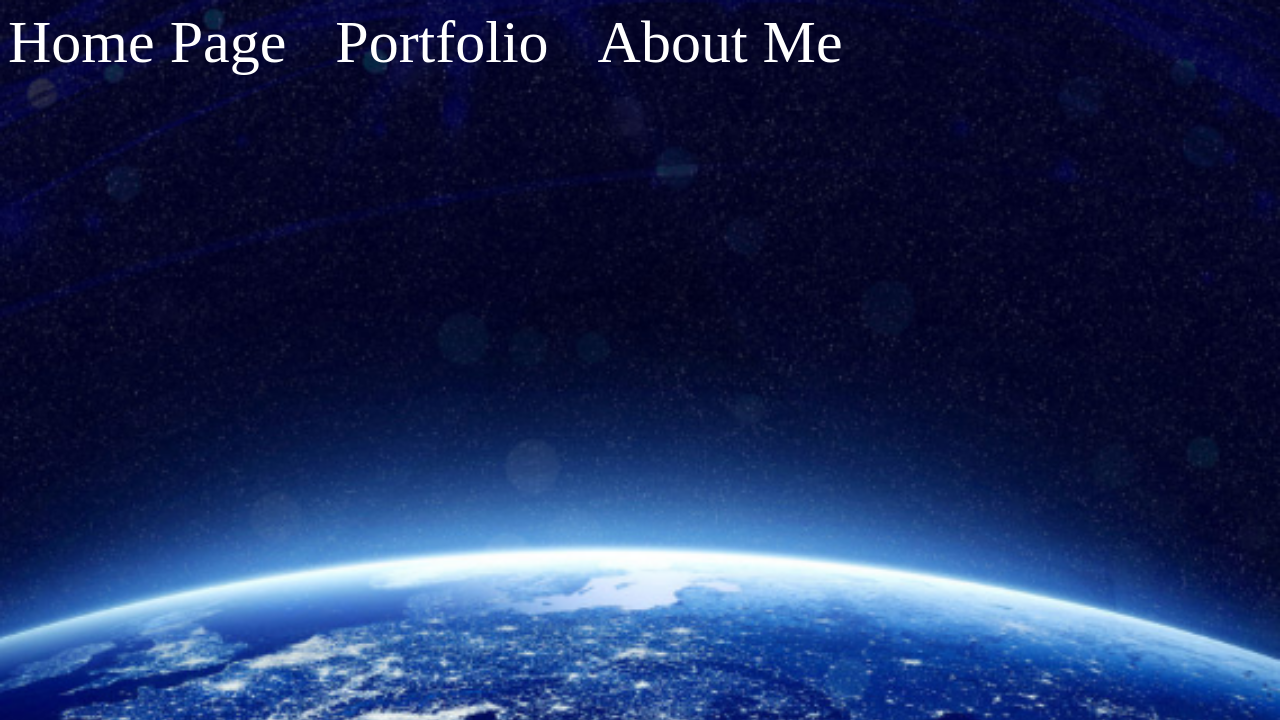
Repository: jacobhayman22/jacobhayman22.github.io
Page: index.html
The author's editor kept a record of every edit. The page is drawn from the files as they stood at one moment, then again after the next edit.
The browser window is 1280 px wide. The pictures show the whole page.

Above is the page before.

After the next edit:
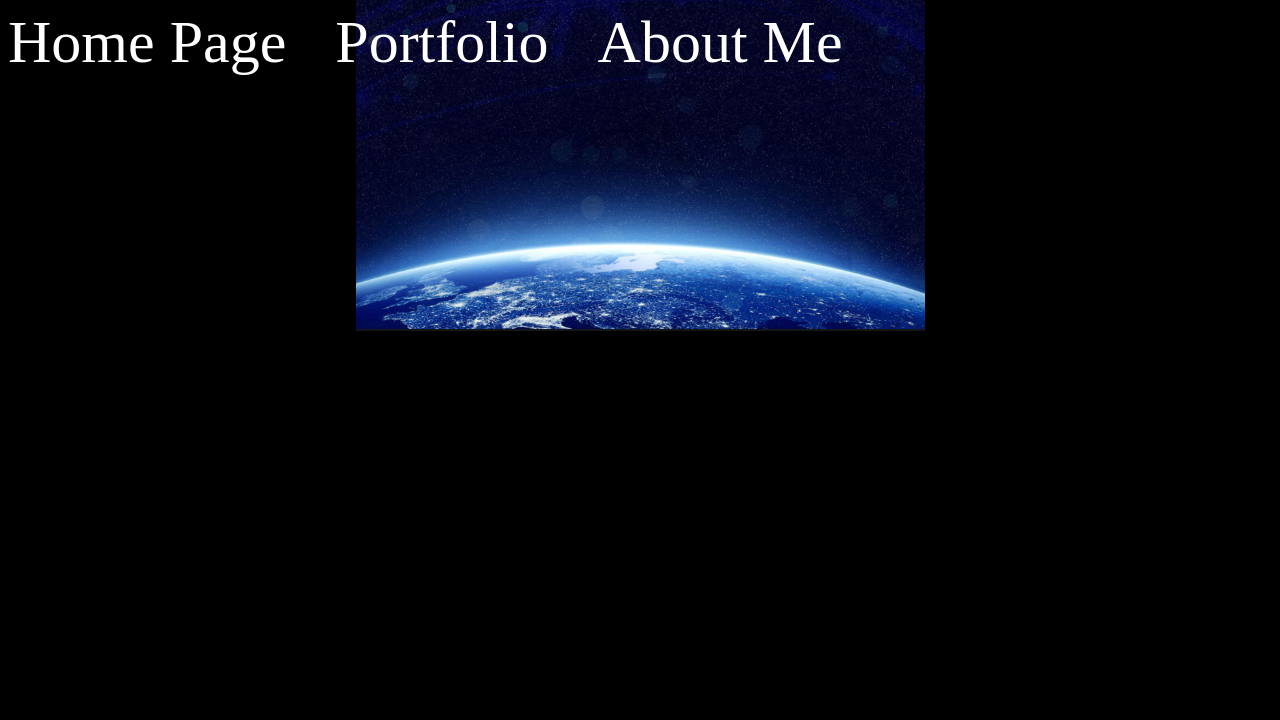
The edit:
--- a/style.css
+++ b/style.css
@@ -8,8 +8,7 @@
  body {
   background-color: black;
 
-  height: 100%;
-  background-size: cover;
+
   background-position: top;
   background-repeat: no-repeat;
   color: white;

After the edit that followed:
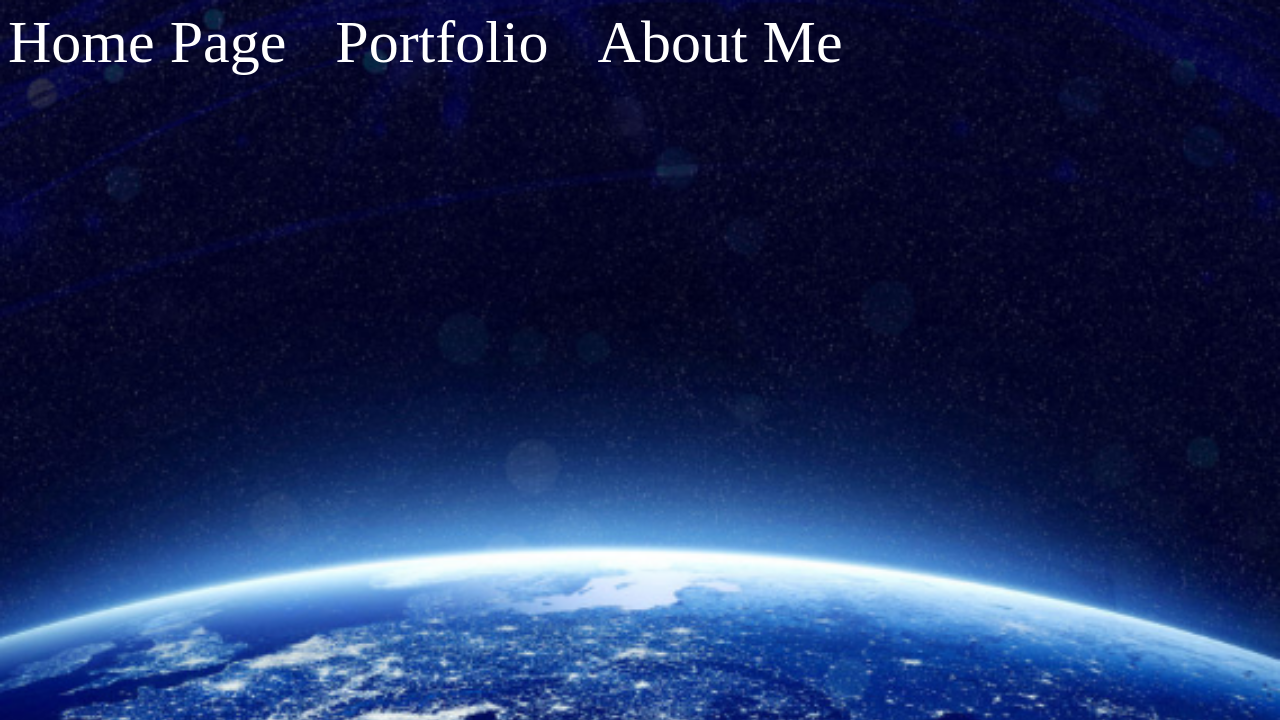
The edit:
--- a/style.css
+++ b/style.css
@@ -16,6 +16,8 @@
 
  .main-background {
   background-image: url("space.jpg");
+  height: 100%;
+  background-size: cover;
  }
 
  .main-nav
